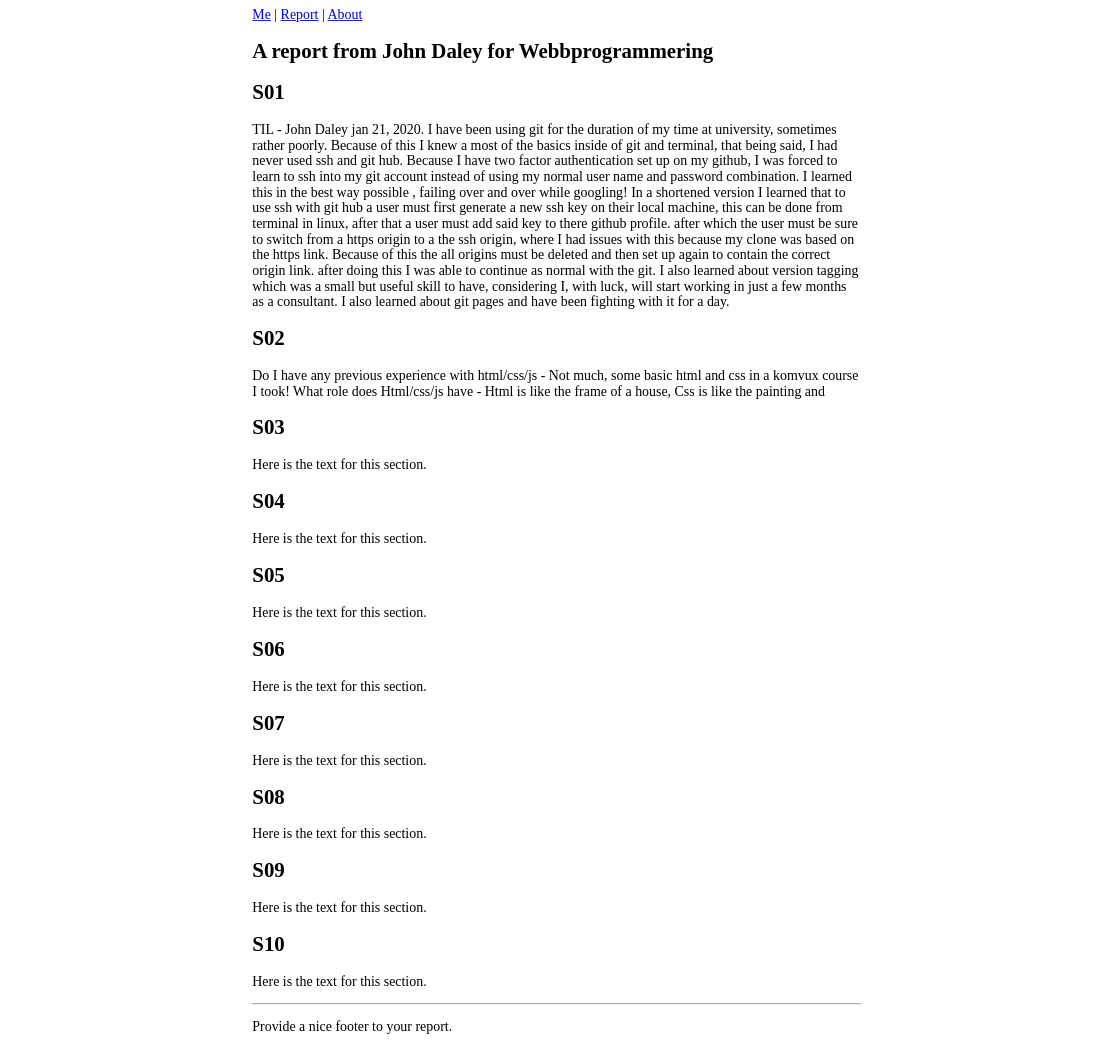
Repository: Webbprogrammering/websoft
Page: work/report/report.html
An editor plug-in stored every save of this project. The page is shown before and after the next save, followed by the edit.
The browser window is 1280 px wide. The pictures show the whole page, at 87% of full size.

Above is the page before, as saved 2020-03-21 17:03:35.

### work/report/report.html
<!doctype html>
<html lang="en">
<head>
    <meta charset="utf-8">
    <title>Report from the course sections</title>
    <link rel="stylesheet" href="css/style.css">
    <link rel="icon" href="favicon.ico">
</head>

<body>



<header>
    <nav>
        <a href="https://john-daley.github.io/websoft/work/report/me">Me</a> |
        <a href="https://john-daley.github.io/websoft/work/report/report">Report</a> |
        <a href="https://john-daley.github.io/websoft/work/report/about">About</a>
    </nav>
</header>



<article>

<header>
<h1>A report from John Daley for Webbprogrammering</h1>
</header>

<section>
<h2>S01</h2>
<p>TIL - John Daley jan 21, 2020.

    I have been using git for the duration of my time at university, sometimes rather poorly.
    Because of this I knew a most of the basics inside of git and terminal, that being said, I had never
    used ssh and git hub. Because I have two factor authentication set up on my github, I was forced to learn to ssh
    into my git account instead of using my normal user name and password combination. I learned this in the best way possible
    , failing over and over while googling! In a shortened version I learned that to use ssh with git hub
    a user must first generate a new ssh key on their local machine, this can be done from terminal in linux, after that
    a user must add said key to there github profile. after which the user must be sure to switch from a https
    origin to a the ssh origin, where I had issues with this because my clone was based on the https link. Because of this
    the all origins must be deleted and then set up again to contain the correct origin link.
    after doing this I was able to continue as normal with the git. I also learned about version tagging which was a small
    but useful skill to have, considering I, with luck, will start working in just a few months as a consultant. I also
    learned about git pages and have been fighting with it for a day. </p>
</section>

<section>
<h2>S02</h2>
<p>Do I have any previous experience with html/css/js - Not much, some basic html and css in a komvux course I took!
   What role does Html/css/js have - Html is like the frame of a house, Css is like the painting and
</p>
</section>

<section>
<h2>S03</h2>
<p>Here is the text for this section.</p>
</section>

<section>
<h2>S04</h2>
<p>Here is the text for this section.</p>
</section>

<section>
<h2>S05</h2>
<p>Here is the text for this section.</p>
</section>

<section>
<h2>S06</h2>
<p>Here is the text for this section.</p>
</section>

<section>
<h2>S07</h2>
<p>Here is the text for this section.</p>
</section>

<section>
<h2>S08</h2>
<p>Here is the text for this section.</p>
</section>

<section>
<h2>S09</h2>
<p>Here is the text for this section.</p>
</section>

<section>
<h2>S10</h2>
<p>Here is the text for this section.</p>
</section>

<footer>
    <hr>
    <p>Provide a nice footer to your report.</p>
</footer>

</article>



<script type="text/javascript" src="js/main.js"></script>
</body>
</html>

### work/report/css/style.css
/*
 * Comments are written as C++ style.
 */
html {
    overflow-y: scroll;
}

body {
    margin: 8px auto;
    background: #fff;
    width: 700px;
}

Loaded but not shown: work/report/js/main.js (common file)

After the next save:
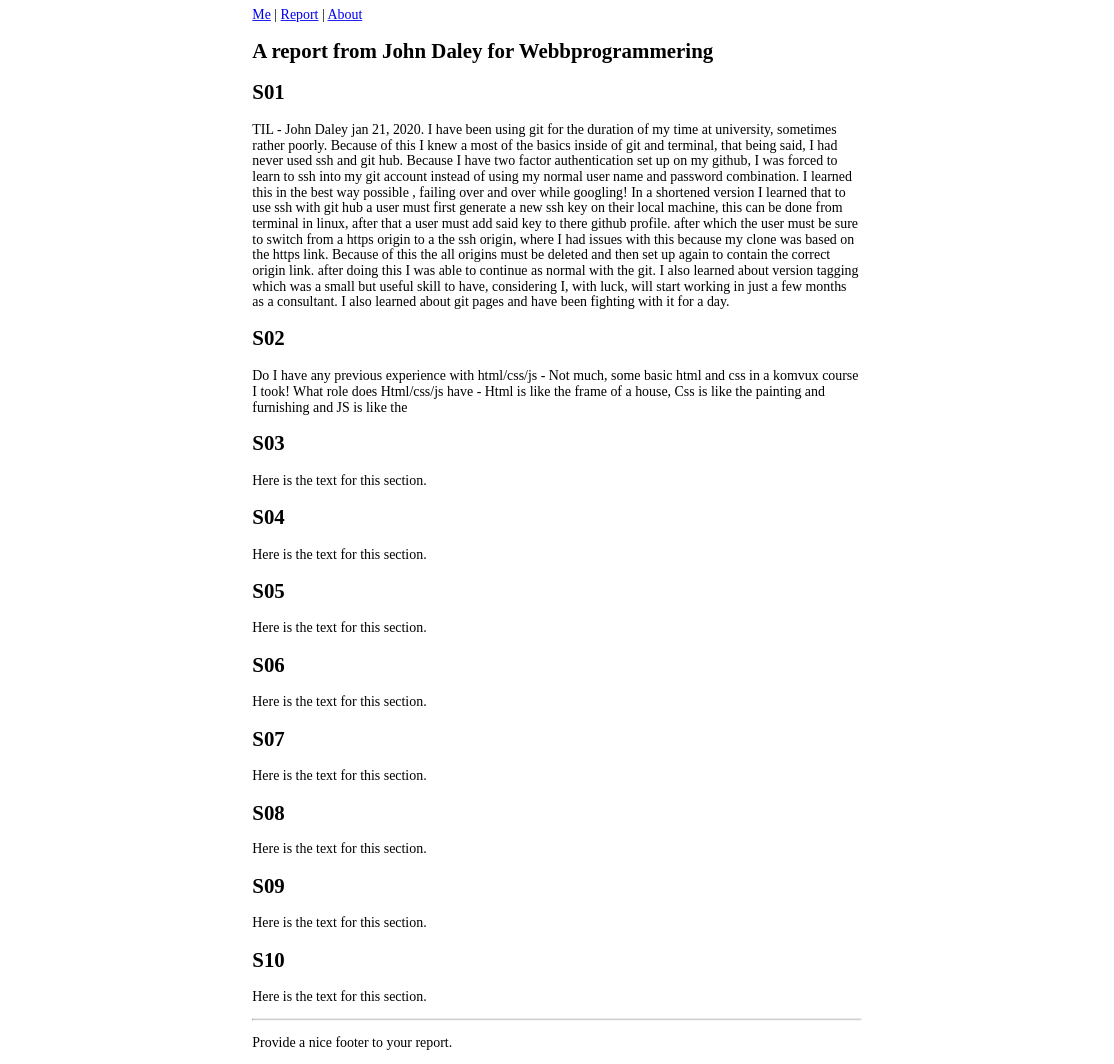
Saved 6 s later.
--- a/work/report/report.html
+++ b/work/report/report.html
@@ -48,7 +48,7 @@
 <section>
 <h2>S02</h2>
 <p>Do I have any previous experience with html/css/js - Not much, some basic html and css in a komvux course I took!
-   What role does Html/css/js have - Html is like the frame of a house, Css is like the painting and
+   What role does Html/css/js have - Html is like the frame of a house, Css is like the painting and furnishing and JS is like the
 </p>
 </section>
 
